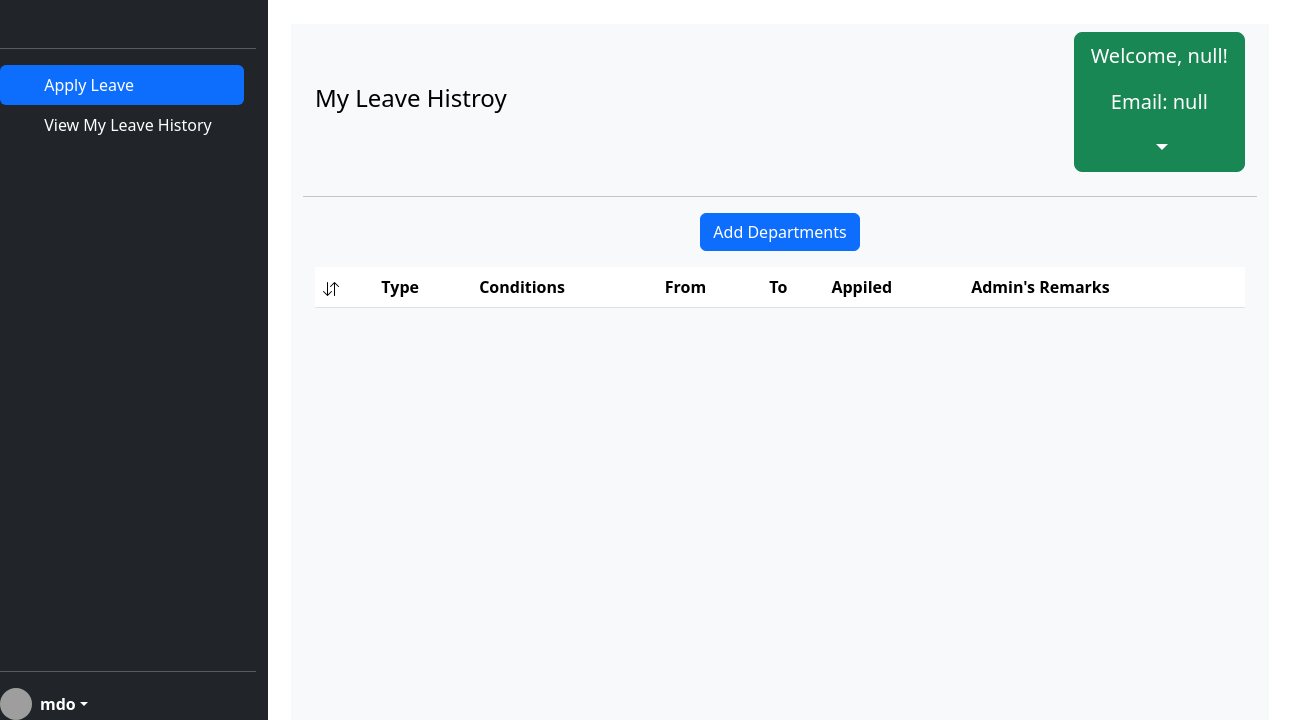
Repository: Ashish4910/Leave-Application-Management
Page: http://localhost/Employee_management/Employee/View_leave_History.jsp
These files come from the project's save history. The page is drawn as it stood at one moment and after the next save; the edit follows.
The browser window is 1280 px wide. The page is 1292 px wide, so the pictures cover 1292 px, including what lies to the right of the window. The pictures show the whole page.
Pictures or frames that could not be fetched are drawn as grey boxes. The page is served by Tomcat 9. Queries for data that is not in the repository find no rows.

Above is the page before, as saved 2023-12-02 07:04:09.

After the next save:
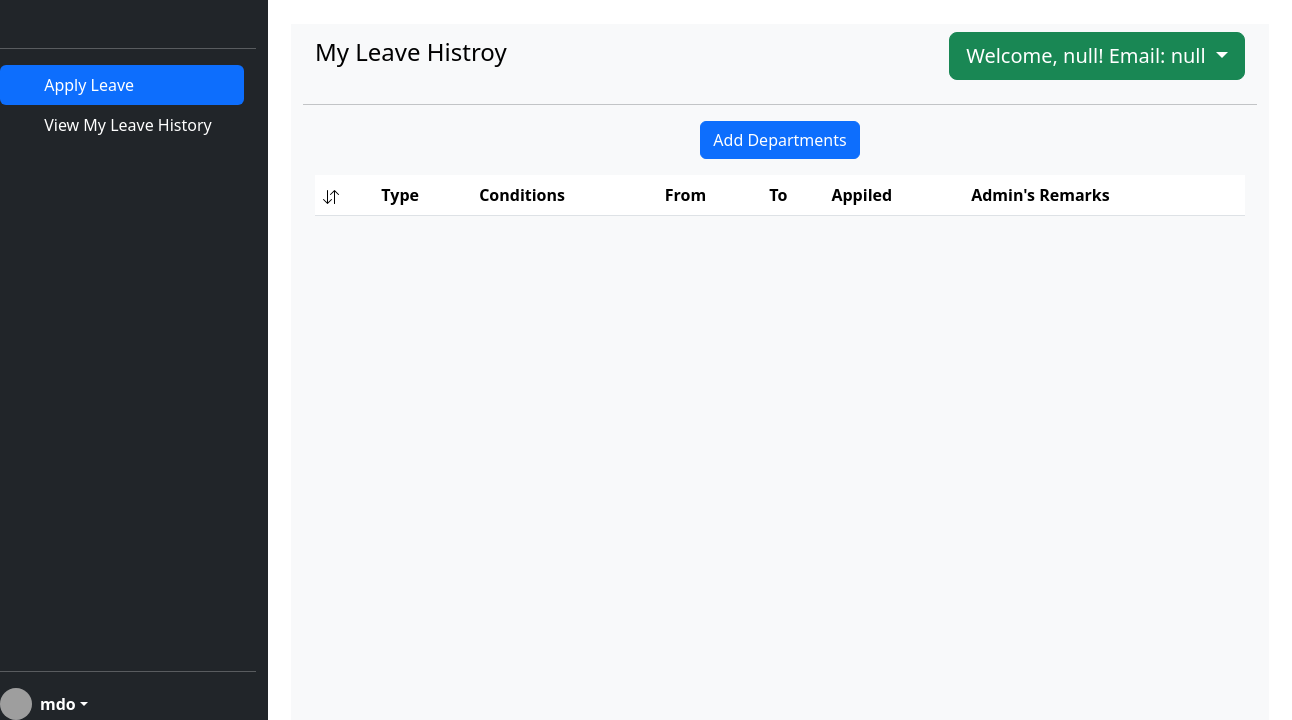
Saved 29 s later.
--- a/Employee Management Project/Employee_management/src/main/webapp/Employee/View_leave_History.jsp
+++ b/Employee Management Project/Employee_management/src/main/webapp/Employee/View_leave_History.jsp
@@ -100,13 +100,13 @@
 							<a class="btn btn-success dropdown-toggle btn-lg  btn-wider "
 								href="#" role="button" data-bs-toggle="dropdown"
 								aria-expanded="false">
-								<p>
+
 									Welcome,
 									<%=employeeName%>!
-								</p>
-								<p>
+
+
 									Email:
-									<%= email%></p>
+									<%= email%>
 
 									<%-- <p> EmployeeId:
 									<%=employeeId %>
